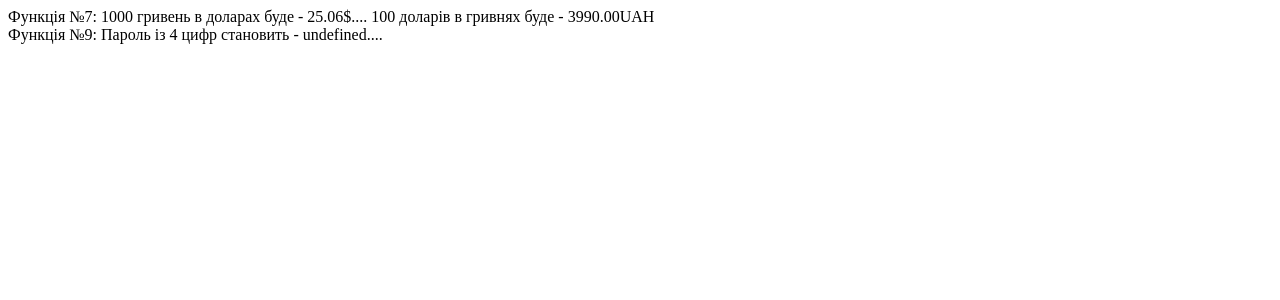
Repository: batonAnton/cursor_js_hw_3
Page: index.html
An editor plug-in stored every save of this project. The page is shown before and after the next save, followed by the edit.
The browser window is 1280 px wide. The pictures show the whole page.

Above is the page before, as saved 2022-08-31 11:35:38.

### index.html
<!DOCTYPE html>
<html lang="en">
<head>
    <meta charset="UTF-8">
    <meta http-equiv="X-UA-Compatible" content="IE=edge">
    <meta name="viewport" content="width=device-width, initial-scale=1.0">
    <title>Hw_3  function</title>
</head>
<body>
    <script src="./js/index.js"></script>
</body>
</html>

### js/index.js
// first task
function getMaxDigit(argNew = 123459 ){
    let varNew  = argNew.toString().split('');
    let bigNum = varNew[0];
    for (let i = 0; i < varNew.length; i++) {
        if(varNew[i] > bigNum ) bigNum = varNew [i];

    } return bigNum;
}
console.log(getMaxDigit());


// second task
function exponentDigit(a,b){
    let first = a;
    let second = b;
    let res = 1;
    for(let i = 0; i < b; i++ ){
        res *= a;
    }return res;
}

console.log(exponentDigit(2,2));

// 3 task

function nameChange(name) {
    return  name.charAt(0).toUpperCase() +  name.slice(1).toLowerCase();
  }


console.log(nameChange("toLik"));

// 4 task

// function calcPercentage( percentageSalary = 19.5){
//     let firstNum = prompt("Сума зарплати ");
//     return firstNum - ((percentageSalary * 1000) * 0.100 / 10);


// }
// console.log(calcPercentage());

// 5 task
function randomRange(minValue,maxValue){

    return Math.ceil(Math.random() * (maxValue - minValue)) + minValue;
}

console.log(randomRange(1,5));

// 6 task

function repeatLetter( str )
{

  for( let i = 0 ;i < str.length ;i++)
  {
    let count = 0;
    for( let j = 0 ;j < str.length ;j++)
    {
      if( str[i] == str[j] && i > j  )
      {
       break;
      }
      if( str[i] == str[j]  )
      {
        count++;
      }
    }
    if( count > 0)
    console.log(`${str[i].toUpperCase()} повторюється  ${count} рази`);
  }

}


let test_str = "укулеле";
console.log("У слові " + " " + test_str + " " + "слова повторюються :");
repeatLetter( test_str);

// 7 task

function convertCurrency (typeValue){
    let dollars = 39.9;
    let res;
        if (typeValue.includes("UAH")) {
            res =   (+typeValue.slice(0, typeValue.indexOf("UAH")) / dollars).toFixed(2) + "$";

          } else if (typeValue.includes("$")) {
            res = (+typeValue.slice(0, typeValue.indexOf("$")) * dollars).toFixed(2) + "UAH";
          } else {
            alert("тільки долари і гривні");
          } return res;


}


let typeValue="1000 UAH";

document.writeln(`Функція №7: 1000 гривень в доларах буде - ${convertCurrency(typeValue)}....`);
typeValue = "100$";
document.writeln(`100 доларів в гривнях  буде - ${convertCurrency(typeValue)} `);

// 9 task
 function getRandomPassword(arg=4){

  let result = '';
    // if(arg == 4){
      for(let i = 0; i < arg; i++){
        result +=(Math.random() * 10).toFixed().toString();
        // debugger;
      }

    //   }else
    //   {
    //     for(let i = 0; i < arg.length; i++){
    //       result+= (Math.random() * 10).toFixed().toString();
    //     return result;

    //     }
    // }
 }
 console.log(getRandomPassword(4));
 document.writeln(`<br> Функція №9: Пароль із  4 цифр становить - ${getRandomPassword()}....`);

After the next save:
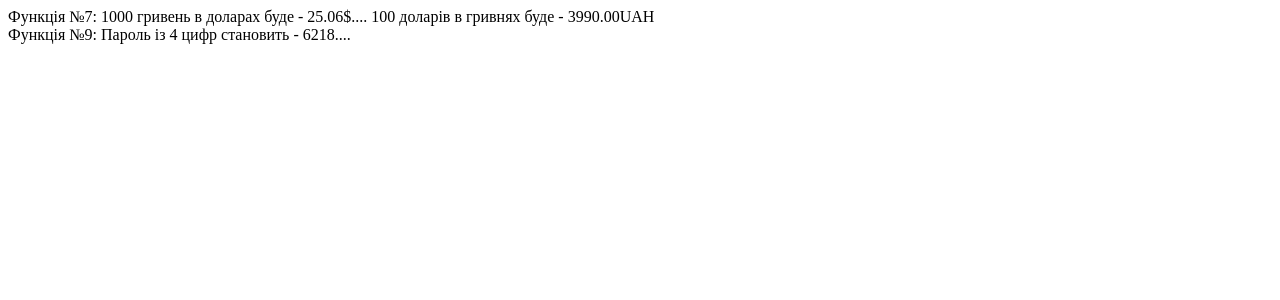
Saved 15 min 16 s later.
--- a/js/index.js
+++ b/js/index.js
@@ -107,20 +107,22 @@ document.writeln(`100 доларів в гривнях  буде - ${convertCurr
  function getRandomPassword(arg=4){
 
   let result = '';
-    // if(arg == 4){
-      for(let i = 0; i < arg; i++){
-        result +=(Math.random() * 10).toFixed().toString();
+    if(arg === 4){
+      for(let i = 0; i < 4; i++){
+        result +=(Math.random() * 10).toFixed();
         // debugger;
       }
+      return result;
+      }else
+      {
+        for(let i = 0; i < 8; i++){
+          result+= (Math.random() * 10).toFixed();
 
-    //   }else
-    //   {
-    //     for(let i = 0; i < arg.length; i++){
-    //       result+= (Math.random() * 10).toFixed().toString();
-    //     return result;
+        }
+        return result;
 
-    //     }
-    // }
+    }
  }
- console.log(getRandomPassword(4));
+ let arg = 4;
+ console.log(getRandomPassword());
  document.writeln(`<br> Функція №9: Пароль із  4 цифр становить - ${getRandomPassword()}....`);
